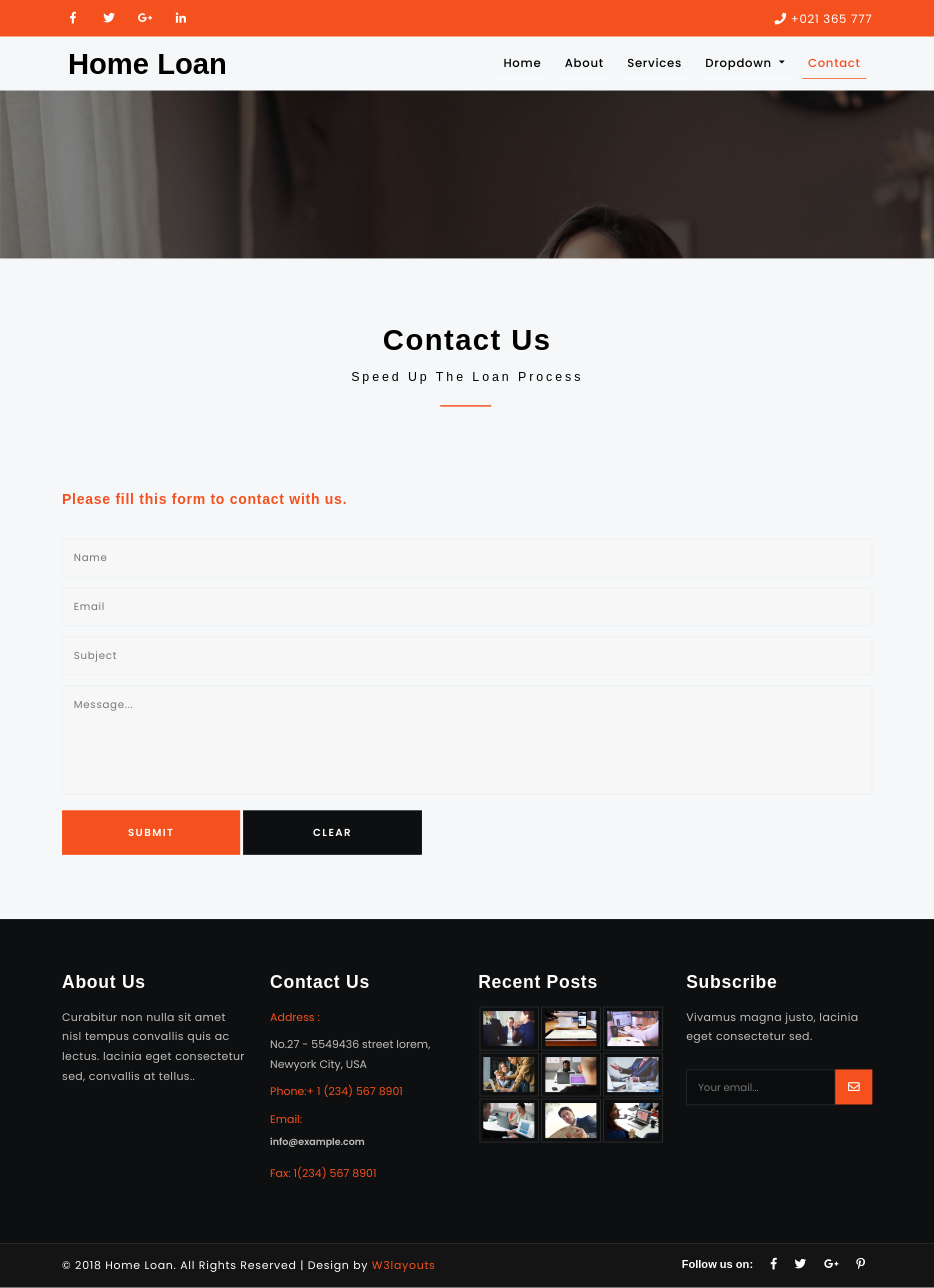
Repository: 72-faisal/Spring-MVC-project
Page: http://localhost/HomeLoan/WEB-INF/views/UserRegister.jsp
The author's editor kept a copy of each file at every save. The page is drawn from the files as they stood at one save, then again after the next save.
The browser window is 1280 px wide. The pictures show the whole page, at 73% of full size.
Some web fonts or font styles are not loaded; a fallback is used. The page is served by Tomcat 9. Nobody is signed in. The template is opened directly, without the code that normally fills it, so the values that code supplies are empty.

Above is the page before, as saved 2023-12-26 14:37:08.

After the next save:
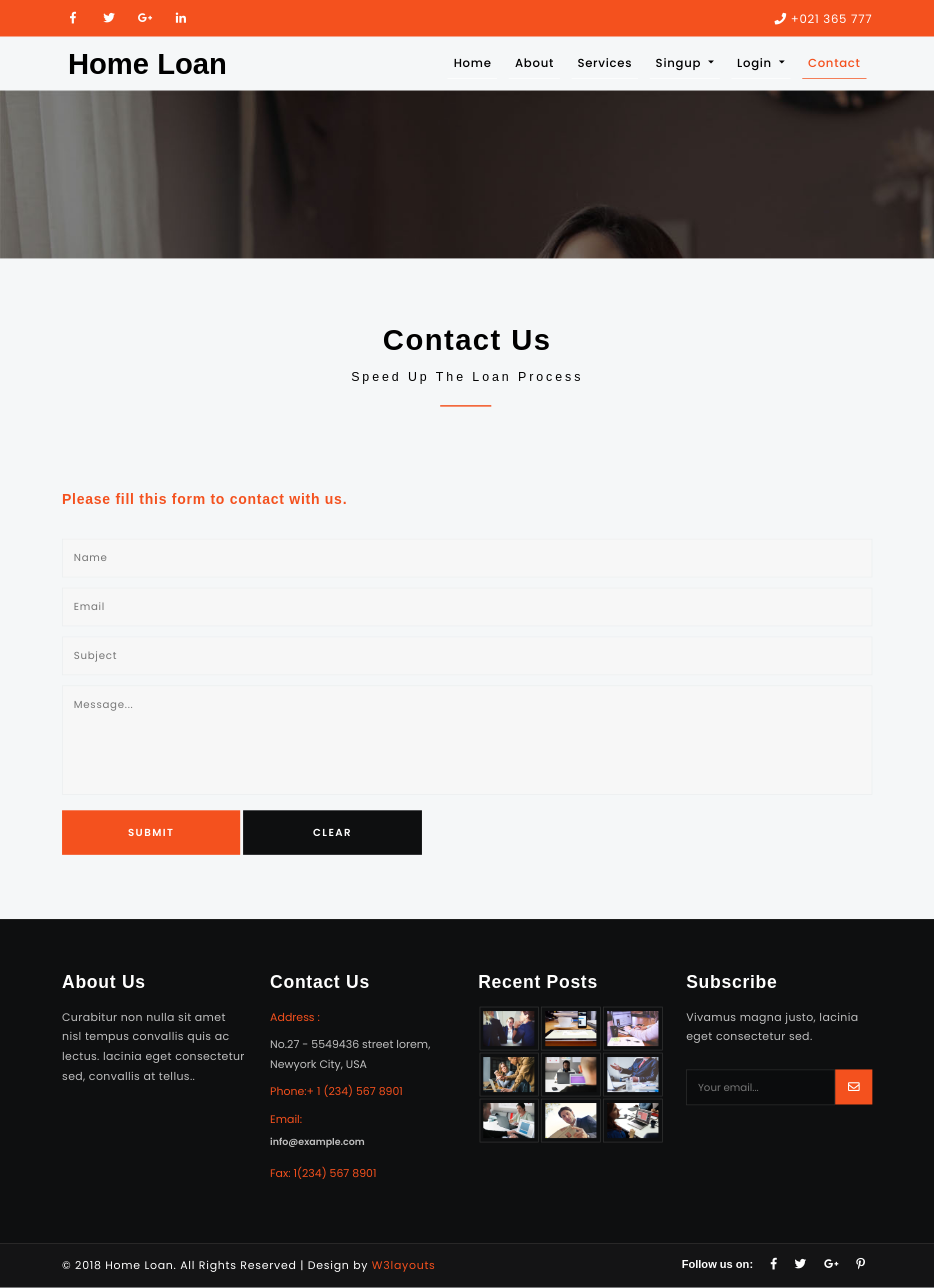
Saved 13 h 17 min later.
--- a/HomeLoan/src/main/webapp/WEB-INF/views/UserRegister.jsp
+++ b/HomeLoan/src/main/webapp/WEB-INF/views/UserRegister.jsp
@@ -90,10 +90,20 @@ SmartPhone Compatible web template, free WebDesigns for Nokia, Samsung, LG, Sony
 						<li class="nav-item dropdown mr-3">
 							<a class="nav-link dropdown-toggle" href="#" id="navbarDropdown" role="button" data-toggle="dropdown" aria-haspopup="true"
 							    aria-expanded="false">
-								Dropdown
+								Singup
 							</a>
 							<div class="dropdown-menu" aria-labelledby="navbarDropdown">
-								<a class="dropdown-item" href="typography">Typography</a>
+								<a class="dropdown-item" href="UserRegister">Register</a>
+								<a class="dropdown-item" href="gallery">Gallery</a>
+							</div>
+						</li>
+						<li class="nav-item dropdown mr-3">
+							<a class="nav-link dropdown-toggle" href="#" id="navbarDropdown" role="button" data-toggle="dropdown" aria-haspopup="true"
+							    aria-expanded="false">
+								Login
+							</a>
+							<div class="dropdown-menu" aria-labelledby="navbarDropdown">
+								<a class="dropdown-item" href="UserLogin">Login</a>
 								<a class="dropdown-item" href="gallery">Gallery</a>
 							</div>
 						</li>
